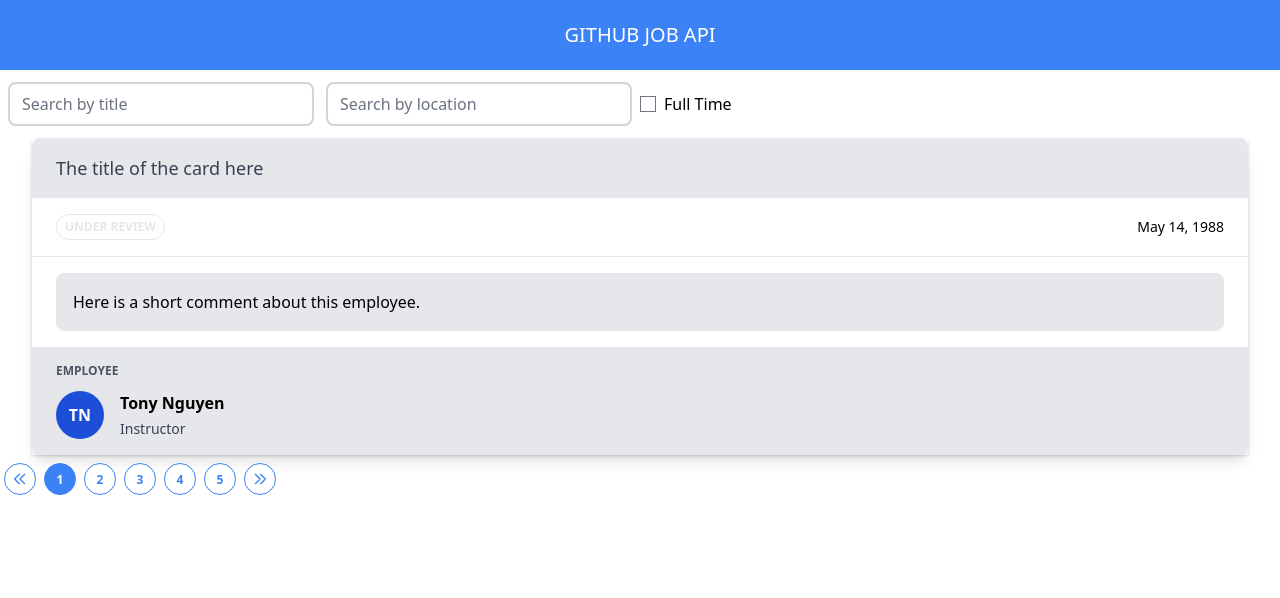
Repository: ShamroOoz/Github-job-api-React-Tailwind
Page: /
These files come from the project's save history. The page is drawn as it stood at one moment and after the next save; the edit follows.
The browser window is 1280 px wide. The pictures show the whole page.
The page's requests for data from a server got no answer. The project was rebuilt for these pictures with package versions that can differ from the ones it lists, and the page was loaded fresh each time. No one was signed in, and anything a server would have sent is missing. Also part of the build but not shown: craco.config.js.

Above is the page before, as saved 2021-03-21 17:18:24.

After the next save:
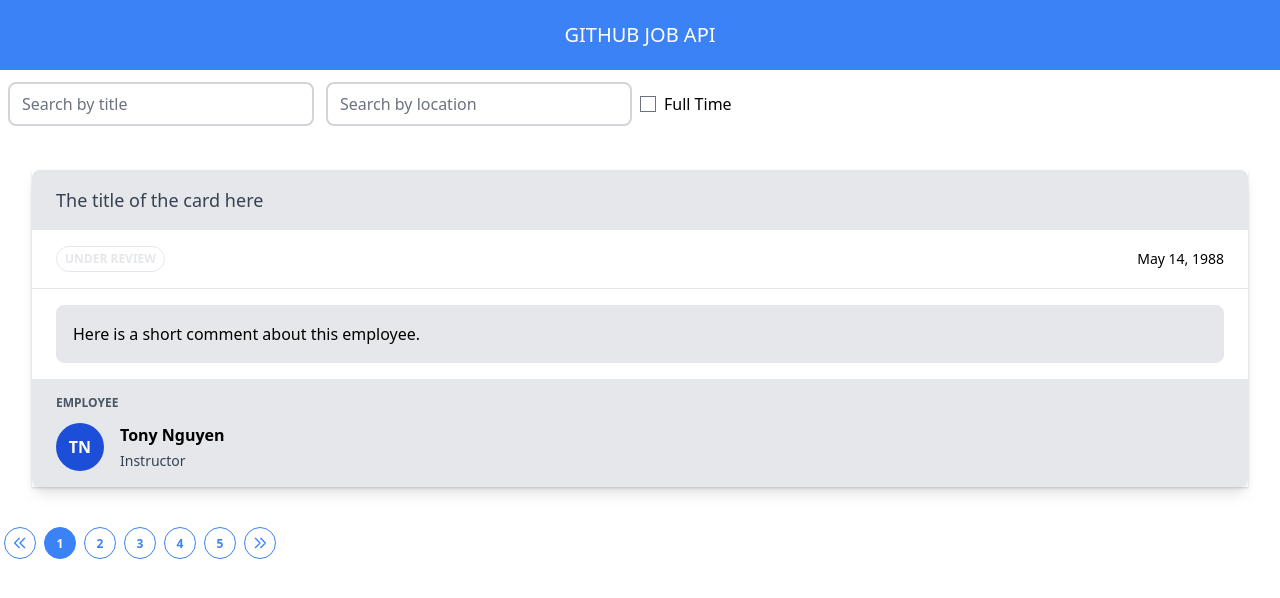
Saved 14 s later.
--- a/src/components/Reducer/Job.js
+++ b/src/components/Reducer/Job.js
@@ -2,7 +2,7 @@
 
 const Job = () => {
   return (
-    <div class="flex shadow mx-8">
+    <div class="flex shadow m-8">
       <div class="w-full flex flex-col bg-white shadow-lg rounded-lg overflow-hidden">
         <div class="bg-gray-200 text-gray-700 text-lg px-6 py-4">
           The title of the card here
